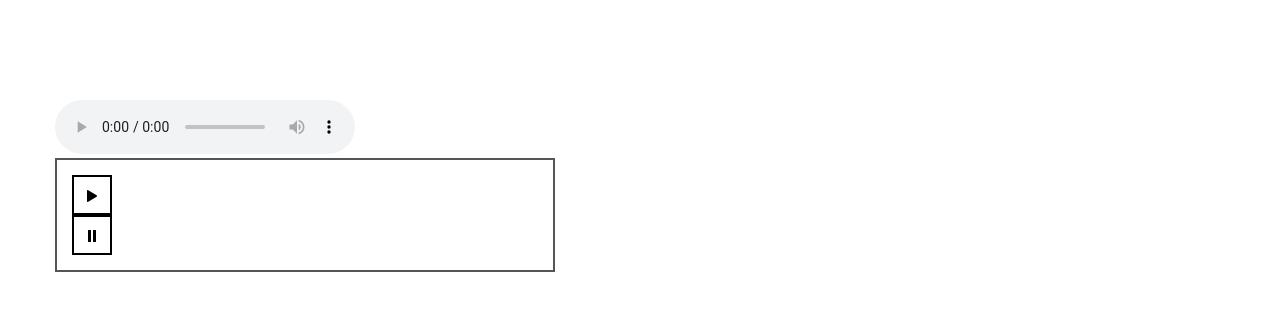
Repository: khanhbinh87/learnJs
Page: customSelect/customAudio/index.html
An editor plug-in stored every save of this project. The page is shown before and after the next save, followed by the edit.
The browser window is 1280 px wide. The pictures show the whole page.

Above is the page before, as saved 2021-06-18 10:57:30.

After the next save:
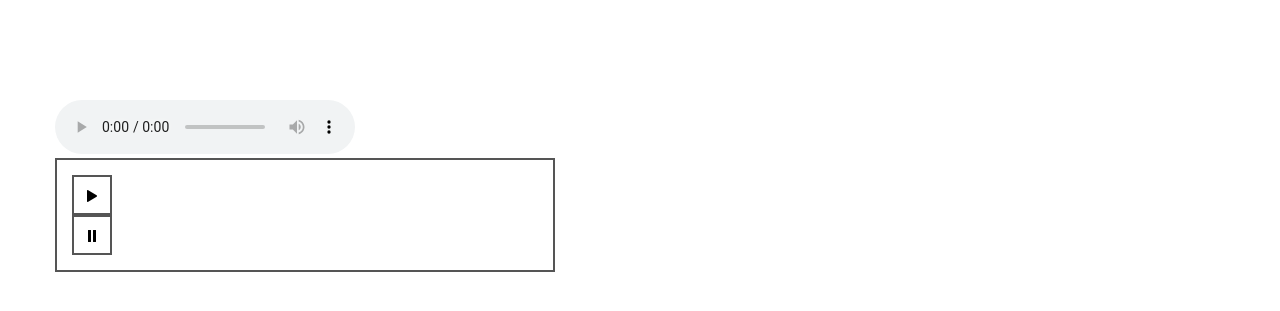
Saved 4 s later.
--- a/customSelect/customAudio/style.css
+++ b/customSelect/customAudio/style.css
@@ -10,5 +10,5 @@
     border: 2px solid #555;
 }
 .custom-audio .play , .custom-audio .pause{
-    width: 40px;height: 40px;text-align: center;line-height: 40px;border: 2px solid #000;
+    width: 40px;height: 40px;text-align: center;line-height: 40px;border: 2px solid #555;
 }
